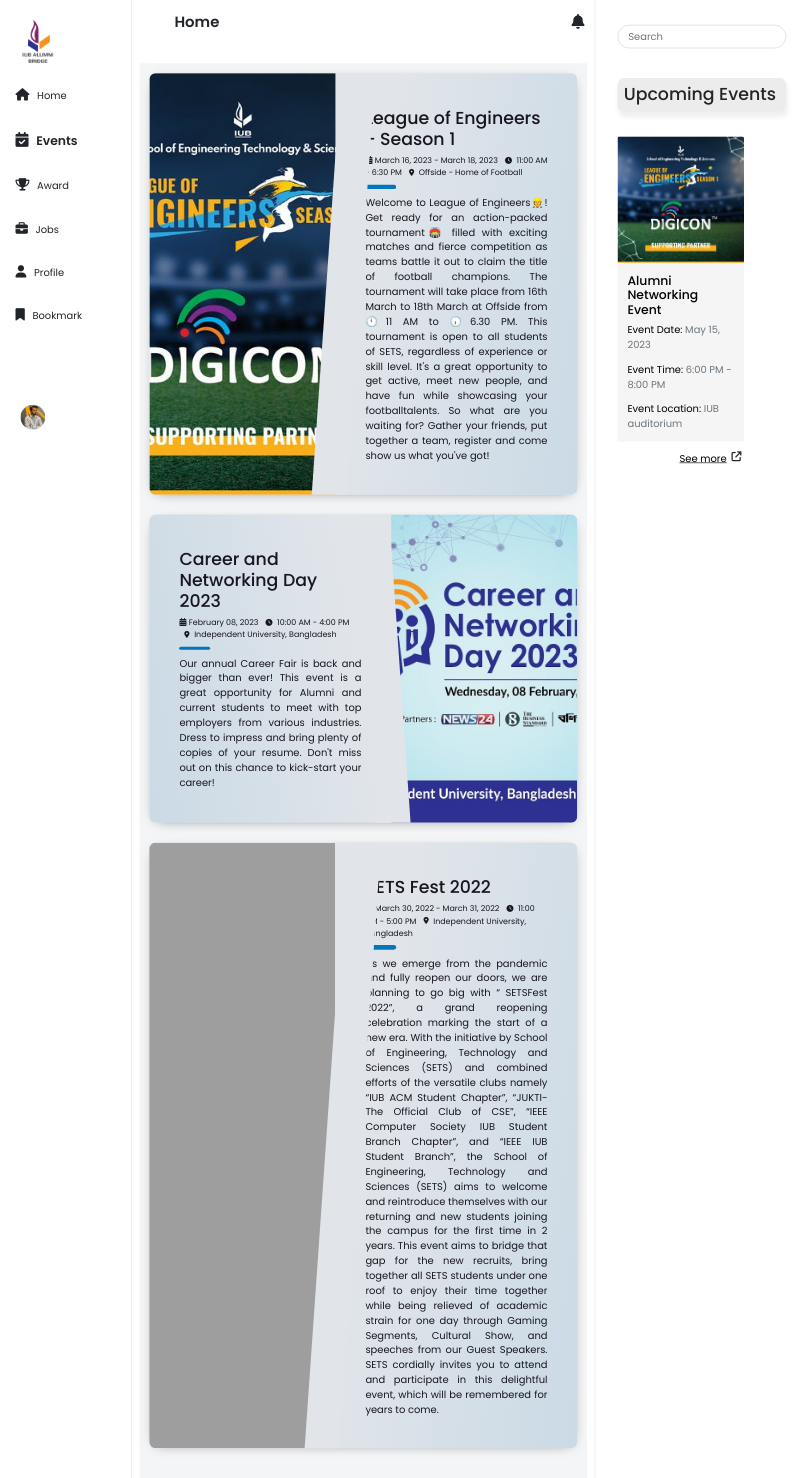
Repository: injamam00155/IUB_Alumni_Bridge
Page: Frontend/student/event.html
An editor plug-in stored every save of this project. The page is shown before and after the next save, followed by the edit.
The browser window is 1280 px wide. The pictures show the whole page, at 62% of full size.
Pictures or frames that could not be fetched are drawn as grey boxes. Some web fonts or font styles are not loaded; a fallback is used. Some web libraries are served in a nearby version.

Above is the page before, as saved 2023-04-04 22:57:58.
Console error: TypeError: Cannot read properties of null (reading 'addEventListener')

### Frontend/student/event.html
<!DOCTYPE html>
<html lang="en">
  <head>
    <meta charset="UTF-8" />
    <meta http-equiv="X-UA-Compatible" content="IE=edge" />
    <meta name="viewport" content="width=device-width, initial-scale=1.0" />
    <link rel="icon" href="img/iubalumnibridgelogo.png" type="image/x-icon" />
    <title>Events</title>
    <!-- CSS -->
    <link rel="stylesheet" href="events.css" />
    <!-- JS -->
    <script src="app.js"></script>
    <!-- BOOTSTRAP CS-->
    <link
      href="https://cdn.jsdelivr.net/npm/bootstrap@5.0.2/dist/css/bootstrap.min.css"
      rel="stylesheet"
      integrity="sha384-EVSTQN3/azprG1Anm3QDgpJLIm9Nao0Yz1ztcQTwFspd3yD65VohhpuuCOmLASjC"
      crossorigin="anonymous"
    />
    <!-- FONT AWESOME -->
    <script
      src="https://kit.fontawesome.com/6f6e8e1141.js"
      crossorigin="anonymous"
    ></script>
    <!-- GOOGLE FONTS -->
    <link rel="preconnect" href="https://fonts.googleapis.com" />
    <link rel="preconnect" href="https://fonts.gstatic.com" crossorigin />
    <link
      href="https://fonts.googleapis.com/css2?family=Dosis:wght@500&family=Poppins:wght@400;500;600&family=Trispace&display=swap"
      rel="stylesheet"
    />
  </head>
  <body>
    <div class="container-fluid">
      <div class="row">
        <!-- ---NAVBAR--- -->
        <div class="col-2 col-lg-1 col-xl-2 border-end">
          <div
            class="left_nav d-flex flex-column position-sticky align-items-center align-items-end align-items-xl-start"
          >
            <!-- LOGO -->

            <a href="home.html" class="my-3 ms-4">
              <img
                src="img/iubalumnibridgelogo.png"
                alt="logo"
                class="img-responsive mt-3 logo"
              />
            </a>
            <!-- NAV LINKS -->
            <a href="home.html" class="btn my-3 nav_link" type="button">
              <i class="fa-solid fa-house fs-5"></i>
              <span class="fs-6 d-none d-xl-inline ms-2">Home</span>
            </a>

            <a href="event.html" class="btn my-3 nav_link" type="button">
              <i class="fa-solid fa-calendar-check fs-4"></i>
              <span class="fs-5 fw-bold d-none d-xl-inline ms-2">Events</span>
            </a>
            <a href="awards.html" class="btn my-3 nav_link" type="button">
              <i class="fa-solid fa-trophy fs-5"></i>
              <span class="fs-6 d-none d-xl-inline ms-2">Award</span>
            </a>
            <a href="jobs.html" class="btn my-3 nav_link" type="button">
              <i class="fa-solid fa-briefcase fs-5"></i>
              <span class="fs-6 d-none d-xl-inline ms-2">Jobs</span>
            </a>
            <a href="profile.html" class="btn my-3 nav_link" type="button">
              <i class="fa-solid fa-user fs-5"></i>
              <span class="fs-6 d-none d-xl-inline ms-2">Profile</span>
            </a>
            <a href="bookmarked.html" class="btn my-3 nav_link" type="button">
              <i class="fa-solid fa-bookmark fs-5"></i>
              <span class="fs-6 d-none d-xl-inline ms-2">Bookmark</span>
            </a>

            <a
              href="#"
              class="btn profile_icon position-absolute"
              type="button"
            >
              <img
                class="img-fluid ms-2"
                src="img/profile_img.jpg"
                alt="profile img"
                style="width: 40px; border-radius: 50%"
              />
            </a>
          </div>
        </div>
        <!-- ---HOME FEED--- -->
        <div class="col-10 col-lg-8 col-xl-7 border-end">
          <div class="row align-items-center mt-3">
            <div class="col-10 col-lg-11">
              <strong class="fs-4 p-2 ms-5">Home</strong>
            </div>
            <!-- NOTIFICATION -->
            <div class="col-2 col-lg-1">
              <div class="dropdown">
                <button
                  class="btn"
                  type="button"
                  id="dropdownMenuButton1"
                  data-bs-toggle="dropdown"
                  aria-expanded="false"
                >
                  <i class="fas fa-bell fa-xl"></i>
                </button>
                <ul
                  class="dropdown-menu dropdown-menu-end"
                  aria-labelledby="dropdownMenuButton1"
                >
                  <li class="my-3">
                    <a class="dropdown-item" href="#">
                      <img
                        src="img/profile_img.jpg"
                        alt="User Image"
                        class="img-fluid me-2"
                        style="width: 40px; border-radius: 50%"
                      />
                      <span class="notification-text"
                        ><strong>Shabab</strong> commented on your post
                        <span class="text-muted ms-5">2m ago</span></span
                      >
                    </a>
                  </li>
                  <li class="my-3">
                    <a class="dropdown-item" href="#">
                      <img
                        src="img/profile_img2.jpg"
                        alt="User Image"
                        class="img-fluid me-2"
                        style="width: 40px; border-radius: 50%"
                      />
                      <span class="notification-text"
                        ><strong>Injamam</strong> commented on your post<span
                          class="text-muted ms-5"
                          >5m ago</span
                        ></span
                      >
                    </a>
                  </li>
                  <li class="my-3">
                    <a class="dropdown-item" href="#">
                      <img
                        src="img/profile_img3.jpg"
                        alt="User Image"
                        class="img-fluid me-2"
                        style="width: 40px; border-radius: 50%"
                      />
                      <span class="notification-text"
                        ><strong>Dilan</strong> commented on your post<span
                          class="text-muted ms-5"
                          >10m ago</span
                        ></span
                      >
                    </a>
                  </li>
                  <li><hr class="dropdown-divider" /></li>
                  <li>
                    <a class="dropdown-item" href="#">See all notifications</a>
                  </li>
                </ul>
              </div>
            </div>
          </div>
          <!-- What's on your mind section -->
          <!-- <div class="row mt-4">
            <div class="col-2 col-lg-1 d-flex justify-content-end">
              <img
                src="img/profile_img.jpg"
                alt="profile img"
                class="img-fluid ms-2"
                style="width: 50px; height: 50px; border-radius: 50%"
              />
            </div>
            <div class="col-10 col-lg-11 pe-5">
              <form>
                <div class="form-group">
                  <label for="eventTitle">Title</label>
                  <input
                    type="text"
                    class="form-control"
                    id="eventTitle"
                    placeholder="Enter event title"
                  />
                </div>
                <div class="form-group">
                  <label for="eventTime">Time</label>
                  <input
                    type="text"
                    class="form-control"
                    id="eventTime"
                    placeholder="Enter event time"
                  />
                </div>
                <div class="form-group">
                  <label for="eventDate">Date</label>
                  <input
                    type="date"
                    class="form-control"
                    id="eventDate"
                    placeholder="Enter event date"
                  />
                </div>
                <div class="form-group">
                  <label for="eventLocation">Location</label>
                  <input
                    type="text"
                    class="form-control"
                    id="eventLocation"
                    placeholder="Enter event location"
                  />
                </div>
                <div class="form-group">
                  <label for="eventDescription">Description</label>
                  <textarea
                    class="form-control"
                    id="eventDescription"
                    placeholder="Enter event description"
                    rows="3"
                  ></textarea>
                </div>
                <div class="form-group">
                  <label for="posterImage">Poster Image</label>
                  <input
                    type="file"
                    class="form-control-file"
                    id="posterImage"
                  />
                </div>
                <button type="submit" class="btn btn-primary">Submit</button>
              </form>
            </div>
          </div> -->
          <!-- POST section -->
          <div class="row">
            <div class="col-12">
              <!-- EVENTS LIST -->
              <section class="light mt-5">
                <div class="p-3">
                  <article class="postcard light blue">
                    <a class="postcard__img_link" href="#">
                      <img
                        class="postcard__img"
                        src="img/event1.jpg"
                        alt="League of Enghineers poster picture"
                      />
                    </a>
                    <div class="postcard__text t-dark">
                      <h1 class="postcard__title blue ms-2">
                        <h3 href="#">League of Engineers - Season 1</h3>
                      </h1>
                      <div class="postcard__subtitle small">
                        <i class="fas fa-calendar-alt me-1"></i>March 16, 2023 - March 18, 2023

                        <i class="fa-solid fa-clock fa-sm ms-2 me-1"></i>
                        11:00 AM - 6:30 PM
                        <i
                          class="fa-solid fa-location-dot fa-sm ms-2 me-1"
                        ></i>
                        Offside - Home of Football
                      </div>
                      <div class="postcard__bar"></div>
                      <div class="postcard__preview-txt">
                        Welcome to League of Engineers👷!
                        Get ready for an action-packed tournament🏟️
                        filled with exciting matches and fierce competition
                        as teams battle it out to claim the title of football
                        champions. The tournament will take place from 16th March
                        to 18th March at Offside from 🕚11 AM to 🕡6.30 PM.
                        This tournament is open to all students of SETS, regardless
                        of experience or skill level. It's a great opportunity
                        to get active, meet new people, and have fun
                        while showcasing your footballtalents.
                        So what are you waiting for? Gather your friends, put together a team,
                        register and come show us what you've got!
                      </div>
                    </div>
                  </article>
                  <article class="postcard light blue">
                    <a class="postcard__img_link" href="#">
                      <img
                        class="postcard__img"
                        src="img/Career_Fair_2023.jpg"
                        alt="Career and Networking Day 2023 Poster"
                      />
                    </a>
                    <div class="postcard__text t-dark">
                      <h1 class="postcard__title blue ms-2">
                        <h3 href="#">Career and Networking Day 2023</h3>
                      </h1>
                      <div class="postcard__subtitle small">
                        <i class="fas fa-calendar-alt me-1"></i>February 08,
                        2023

                        <i class="fa-solid fa-clock fa-sm ms-2 me-1"></i>
                        10:00 AM - 4:00 PM
                        <i
                          class="fa-solid fa-location-dot fa-sm ms-2 me-1"
                        ></i>
                        Independent University, Bangladesh
                      </div>
                      <div class="postcard__bar"></div>
                      <div class="postcard__preview-txt">
                        Our annual Career Fair is back and bigger than ever!
                        This event is a great opportunity for Alumni and
                        current students to meet with top employers from
                        various industries. Dress to impress and bring
                        plenty of copies of your resume. Don't miss out on
                        this chance to kick-start your career!
                      </div>
                    </div>
                  </article>
                  <article class="postcard light blue">
                    <a class="postcard__img_link" href="#">
                      <img
                        class="postcard__img"
                        src="img/SETS Fest 2022.png"
                        alt="SETS Fest 2022 Poster"
                      />
                    </a>
                    <div class="postcard__text t-dark">
                      <h1 class="postcard__title blue ms-2">
                        <h3 href="#">SETS Fest 2022</h3>
                      </h1>
                      <div class="postcard__subtitle small">
                        <i class="fas fa-calendar-alt me-1"></i>March 30, 2022 - March 31, 2022

                        <i class="fa-solid fa-clock fa-sm ms-2 me-1"></i>
                        11:00 AM - 5:00 PM
                        <i class="fa-solid fa-location-dot fa-sm ms-2 me-1"></i>
                        Independent University, Bangladesh
                      </div>
                      <div class="postcard__bar"></div>
                      <div class="postcard__preview-txt">
                        As we emerge from the pandemic and
                        fully reopen our doors, we are planning
                        to go big with “ SETSFest 2022”, a grand reopening
                        celebration marking the start of a new era.

                        With the initiative by School of Engineering, Technology and
                        Sciences (SETS) and combined efforts of the versatile clubs
                        namely “IUB ACM Student Chapter”, “JUKTI- The Official Club
                        of CSE”, “IEEE Computer Society IUB Student Branch Chapter”, and
                         “IEEE IUB Student Branch”, the School of Engineering, Technology and
                        Sciences (SETS) aims to welcome and reintroduce themselves with our
                        returning and new students joining the campus for the
                        first time in 2 years. This event aims to bridge that
                        gap for the new recruits, bring together all SETS students under
                        one roof to enjoy their time together while being relieved of academic
                        strain for one day through Gaming Segments, Cultural Show,
                        and speeches from our Guest Speakers.
                        SETS cordially invites you to attend and participate in this
                        delightful event, which will be remembered for years to come.
                      </div>
                    </div>
                  </article>
                </div>
              </section>
            </div>
          </div>
        </div>
        <!-- UPCOMMING EVENTS SECTION -->
        <div
          class="col-lg-3 mt-4 d-none d-lg-block d-flex justify-content-center"
        >
          <div class="position-sticky ms-4" style="top: 0px">
            <!-- SEARCH -->
            <div class="pt-3">
              <input
                type="text"
                class="form-control search_input bg-gray rounded-pill"
                placeholder=" Search"
              />
            </div>
            <!-- UPCOMING EVENTS -->
            <div class="mt-5">
              <h3 class="upcoming">Upcoming Events</h3>
              <div class="row g-4 mt-3">
                <div class="col-12">
                  <a href="event-details.html" style="text-decoration: none">
                    <div class="card h-100 w-75 border-0">
                      <img
                        src="img/event1.jpg"
                        class="card-img-top"
                        alt="Event Image"
                      />
                      <div class="card-body">
                        <h5 class="card-title">Alumni Networking Event</h5>
                        <p class="card-text">
                          Event Date:
                          <span class="text-muted">May 15, 2023</span>
                        </p>
                        <p class="card-text">
                          Event Time:
                          <span class="text-muted">6:00 PM - 8:00 PM</span>
                        </p>
                        <p class="card-text">
                          Event Location:
                          <span class="text-muted">IUB auditorium</span>
                        </p>
                      </div>
                    </div>
                  </a>
                </div>
              </div>
            </div>
            <div class="p-3 d-flex justify-content-end me-5">
              <a href="#" style="color: black">See more</a>
              <i class="fa-solid fa-arrow-up-right-from-square mx-2"></i>
            </div>
          </div>
        </div>
      </div>
    </div>

    <!-- BOOTSTRAP JS -->
    <script
      src="https://cdn.jsdelivr.net/npm/bootstrap@5.0.2/dist/js/bootstrap.bundle.min.js"
      integrity="sha384-MrcW6ZMFYlzcLA8Nl+NtUVF0sA7MsXsP1UyJoMp4YLEuNSfAP+JcXn/tWtIaxVXM"
      crossorigin="anonymous"
    ></script>
  </body>
</html>

Loaded but not shown: Frontend/student/app.js (6 lines, source omitted); Frontend/student/events.css (290 lines, source omitted)

After the next save:
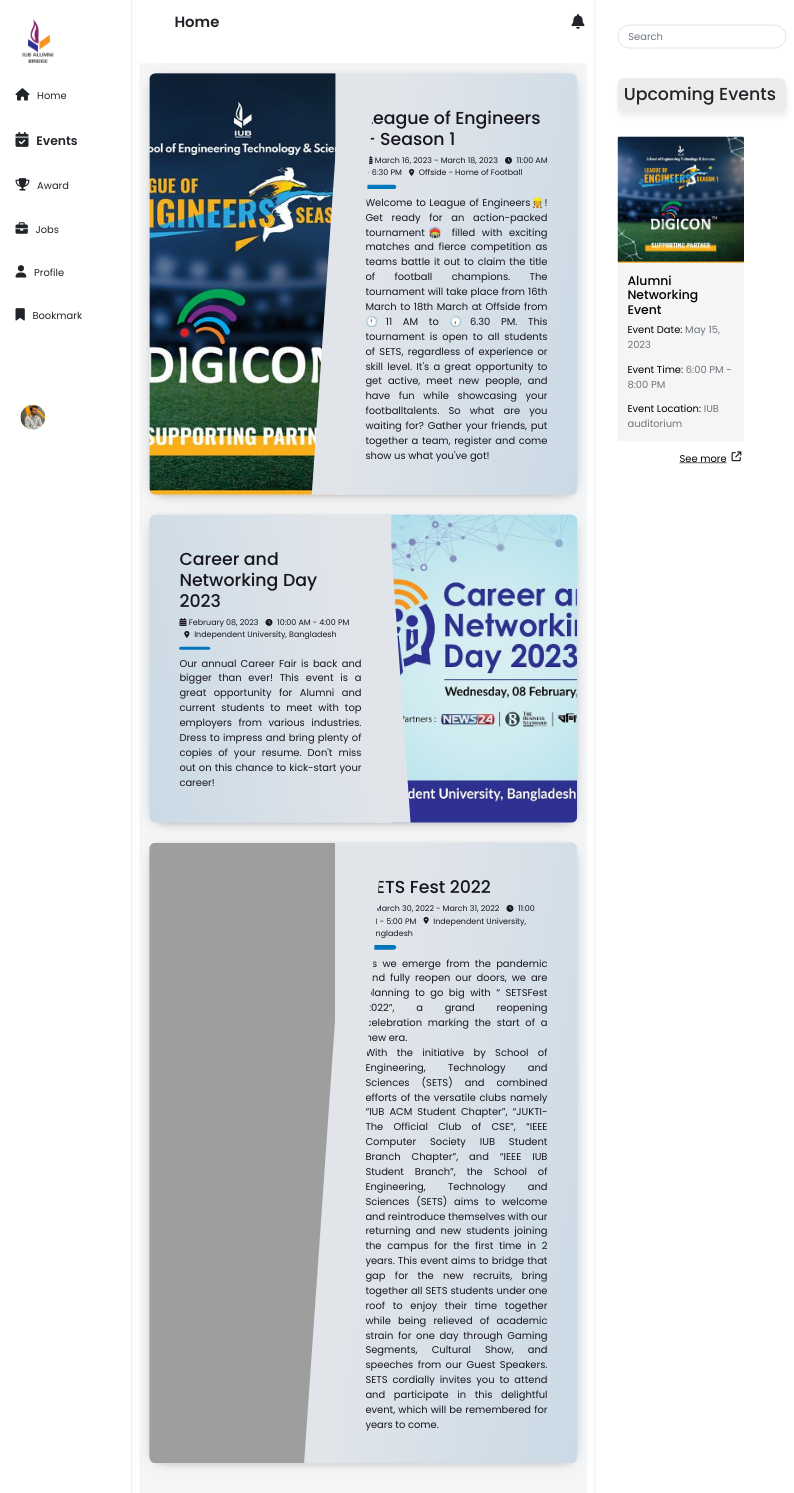
Saved 32 s later.
--- a/Frontend/student/event.html
+++ b/Frontend/student/event.html
@@ -337,7 +337,7 @@
                         As we emerge from the pandemic and
                         fully reopen our doors, we are planning
                         to go big with “ SETSFest 2022”, a grand reopening
-                        celebration marking the start of a new era.
+                        celebration marking the start of a new era. <br>
 
                         With the initiative by School of Engineering, Technology and
                         Sciences (SETS) and combined efforts of the versatile clubs

After the save that followed:
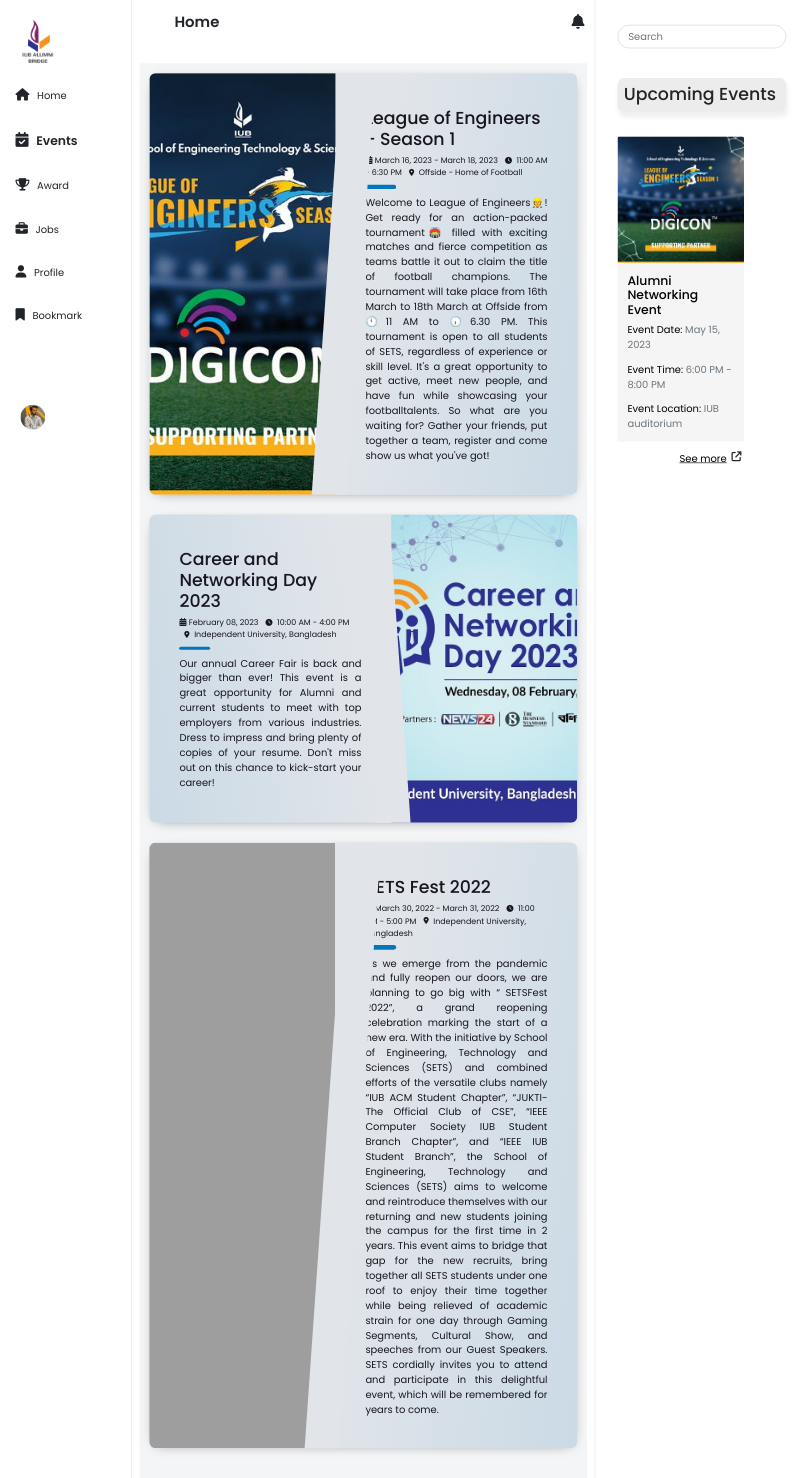
Saved 26 s later.
--- a/Frontend/student/event.html
+++ b/Frontend/student/event.html
@@ -337,7 +337,7 @@
                         As we emerge from the pandemic and
                         fully reopen our doors, we are planning
                         to go big with “ SETSFest 2022”, a grand reopening
-                        celebration marking the start of a new era. <br>
+                        celebration marking the start of a new era.
 
                         With the initiative by School of Engineering, Technology and
                         Sciences (SETS) and combined efforts of the versatile clubs
